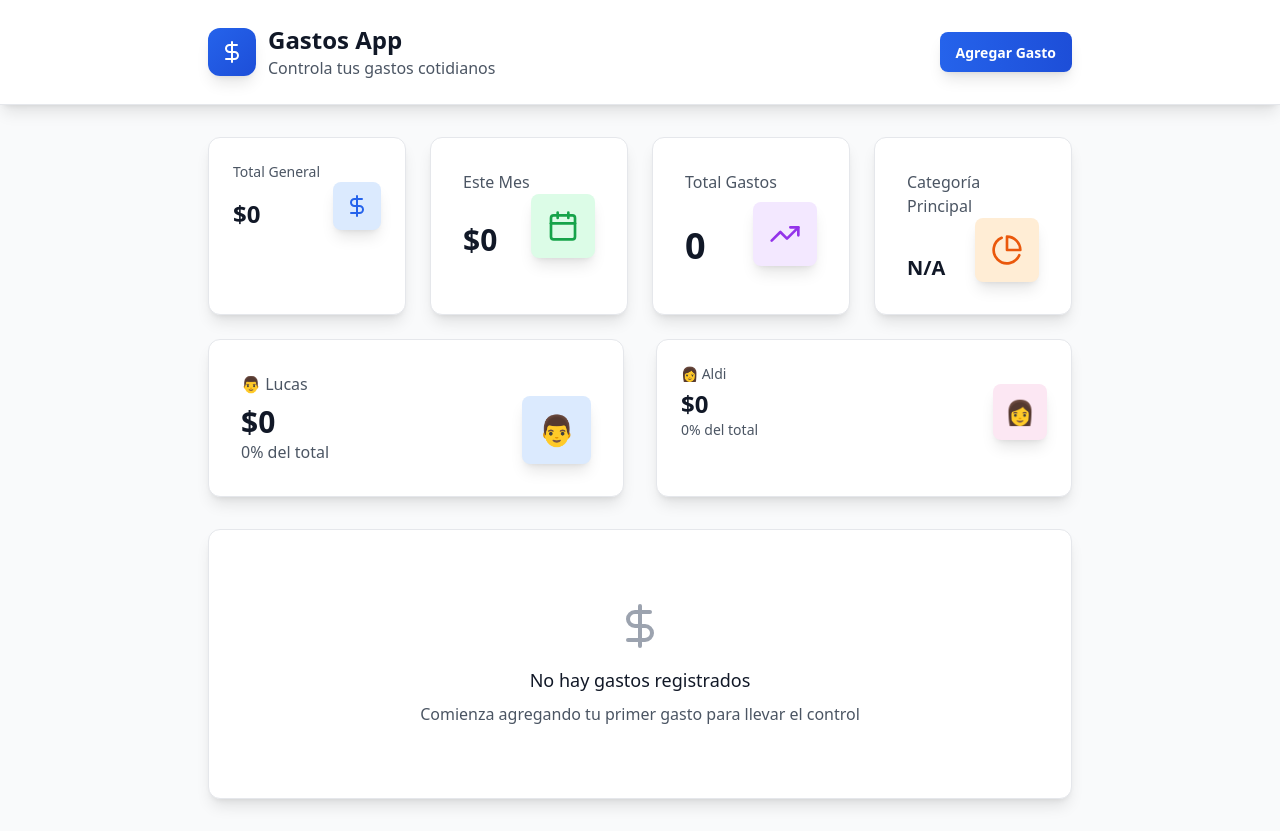
Repository: lucastenaglia/Gastosapp
Page: /
The author's editor kept a copy of each file at every save. The page is drawn from the files as they stood at one save, then again after the next save.
The browser window is 1280 px wide. The pictures show the whole page.
The page's requests for data from a server got no answer. The project was rebuilt for these pictures with package versions that can differ from the ones it lists, and the page was loaded fresh each time. No one was signed in, and anything a server would have sent is missing. Also part of the build but not shown: vite.config.js, src/components/ExpenseForm.jsx.

Above is the page before, as saved 2025-08-03 21:46:08.

### index.html
<!DOCTYPE html>
<html lang="es">
  <head>
    <meta charset="UTF-8" />
    <link rel="icon" type="image/svg+xml" href="data:[embedded picture, 125 characters]" />
    <meta name="viewport" content="width=device-width, initial-scale=1.0" />
    <title>Gastos App - Control de Gastos Cotidianos</title>
  </head>
  <body>
    <div id="root"></div>
    <script type="module" src="/src/main.jsx"></script>
  </body>
</html>

### src/App.jsx
import { useState, useEffect } from 'react'
import Header from './components/Header'
import ExpenseForm from './components/ExpenseForm'
import ExpenseList from './components/ExpenseList'
import ExpenseSummary from './components/ExpenseSummary'
import { getExpenses, addExpense, updateExpense, deleteExpense } from './services/expenseService'

function App() {
  const [expenses, setExpenses] = useState([])
  const [isFormOpen, setIsFormOpen] = useState(false)
  const [loading, setLoading] = useState(true)
  const [error, setError] = useState(null)

  // Cargar gastos al iniciar la aplicación
  useEffect(() => {
    loadExpenses()
  }, [])

  // Cerrar modal con Escape
  useEffect(() => {
    const handleEscape = (e) => {
      if (e.key === 'Escape' && isFormOpen) {
        setIsFormOpen(false)
      }
    }

    document.addEventListener('keydown', handleEscape)
    return () => document.removeEventListener('keydown', handleEscape)
  }, [isFormOpen])

  const loadExpenses = async () => {
    try {
      setLoading(true)
      const data = await getExpenses()
      setExpenses(data)
      setError(null)
    } catch (err) {
      setError('Error al cargar los gastos')
      console.error(err)
    } finally {
      setLoading(false)
    }
  }

  const handleAddExpense = async (expense) => {
    try {
      const newExpense = await addExpense(expense)
      setExpenses([newExpense, ...expenses])
      setIsFormOpen(false)
    } catch (err) {
      setError('Error al agregar el gasto')
      console.error(err)
    }
  }

  const handleDeleteExpense = async (id) => {
    try {
      await deleteExpense(id)
      setExpenses(expenses.filter(expense => expense.id !== id))
    } catch (err) {
      setError('Error al eliminar el gasto')
      console.error(err)
    }
  }

  const handleEditExpense = async (id, updatedExpense) => {
    try {
      const updated = await updateExpense(id, updatedExpense)
      setExpenses(expenses.map(expense =>
        expense.id === id ? updated : expense
      ))
    } catch (err) {
      setError('Error al actualizar el gasto')
      console.error(err)
    }
  }

  return (
    <div className="min-h-screen bg-gray-50">
      <Header onAddExpense={() => setIsFormOpen(true)} />

      <main className="container mx-auto px-4 py-8 max-w-4xl">
        {error && (
          <div className="bg-red-100 border border-red-400 text-red-700 px-4 py-3 rounded mb-6">
            {error}
          </div>
        )}

        <ExpenseSummary expenses={expenses} />

        <div className="mt-8">
          <ExpenseList
            expenses={expenses}
            onDelete={handleDeleteExpense}
            onEdit={handleEditExpense}
            loading={loading}
          />
        </div>
      </main>

      {/* Modal Overlay */}
      {isFormOpen && (
        <div
          className="fixed inset-0 bg-black bg-opacity-50 flex items-center justify-center z-50 p-4 animate-in fade-in duration-200"
          onClick={() => setIsFormOpen(false)}
        >
          <div
            className="bg-white rounded-xl shadow-2xl max-w-md w-full mx-4 max-h-[90vh] overflow-y-auto animate-in zoom-in-95 duration-200"
            onClick={(e) => e.stopPropagation()}
          >
            <ExpenseForm
              onSubmit={handleAddExpense}
              onCancel={() => setIsFormOpen(false)}
            />
          </div>
        </div>
      )}
    </div>
  )
}

export default App

### src/index.css
@tailwind base;
@tailwind components;
@tailwind utilities;

@layer base {
  body {
    @apply bg-gray-50 text-gray-900;
  }
}

@layer components {
                .btn-primary {
                @apply bg-primary-600 hover:bg-primary-700 text-white font-medium py-2 px-4 rounded-lg transition-all duration-300 shadow-md hover:shadow-lg hover:-translate-y-0.5 transform;
              }

              .btn-secondary {
                @apply bg-gray-200 hover:bg-gray-300 text-gray-800 font-medium py-2 px-4 rounded-lg transition-all duration-300 shadow-md hover:shadow-lg hover:-translate-y-0.5 transform;
              }

                .input-field {
                @apply w-full px-3 py-2 border border-gray-300 rounded-lg focus:outline-none focus:ring-2 focus:ring-primary-500 focus:border-transparent shadow-sm focus:shadow-md transition-all duration-300;
              }

                            .card {
                @apply bg-white rounded-xl shadow-lg border border-gray-200 p-6 transform transition-all duration-300 hover:shadow-2xl hover:-translate-y-1;
              }

              .modal-enter {
                @apply opacity-0 scale-95;
              }

              .modal-enter-active {
                @apply opacity-100 scale-100 transition-all duration-200 ease-out;
              }

              .modal-exit {
                @apply opacity-100 scale-100;
              }

              .modal-exit-active {
                @apply opacity-0 scale-95 transition-all duration-200 ease-in;
              }
}

### src/components/Header.jsx
import { Plus, DollarSign } from 'lucide-react'

const Header = ({ onAddExpense }) => {
  return (
    <header className="bg-white shadow-lg border-b border-gray-200">
      <div className="container mx-auto px-4 py-6 max-w-4xl">
        <div className="flex items-center justify-between">
          <div className="flex items-center space-x-3">
            <div className="bg-gradient-to-br from-primary-600 to-primary-700 p-3 rounded-xl shadow-lg">
              <DollarSign className="h-6 w-6 text-white" />
            </div>
            <div>
              <h1 className="text-2xl font-bold text-gray-900">Gastos App</h1>
              <p className="text-gray-600">Controla tus gastos cotidianos</p>
            </div>
          </div>

          <button
            onClick={onAddExpense}
            className="bg-gradient-to-r from-primary-600 to-primary-700 active:from-primary-800 active:to-primary-900 text-white font-semibold py-2 px-4 rounded-lg shadow-lg hover:shadow-xl active:shadow-md active:translate-y-0.5 transition-all duration-200 border-0 focus:outline-none focus:ring-2 focus:ring-primary-300"
          >
            <span className="text-sm">Agregar Gasto</span>
          </button>
        </div>
      </div>
    </header>
  )
}

export default Header

### src/components/ExpenseList.jsx
import { useState } from 'react'
import { Trash2, Edit, Calendar, DollarSign } from 'lucide-react'

const ExpenseList = ({ expenses, onDelete, onEdit, loading }) => {
  const [editingId, setEditingId] = useState(null)
  const [editForm, setEditForm] = useState({})

  const categoryIcons = {
    comida: '🍽️',
    super: '🛒',
    auto: '🚗',
    entretenimiento: '🎮',
    salud: '💊',
    ropa: '👕',
    hogar: '🏠',
    otros: '📦'
  }

  const categoryColors = {
    comida: 'bg-orange-100 text-orange-800',
    super: 'bg-red-100 text-red-800',
    auto: 'bg-blue-100 text-blue-800',
    entretenimiento: 'bg-purple-100 text-purple-800',
    salud: 'bg-green-100 text-green-800',
    ropa: 'bg-pink-100 text-pink-800',
    hogar: 'bg-yellow-100 text-yellow-800',
    otros: 'bg-gray-100 text-gray-800'
  }

  const handleEdit = (expense) => {
    setEditingId(expense.id)
    setEditForm({
      description: expense.description,
      amount: expense.amount.toString(),
      category: expense.category,
      person: expense.person || 'lucas',
      date: expense.date
    })
  }

  const handleSaveEdit = (id) => {
    onEdit(id, {
      ...editForm,
      amount: parseFloat(editForm.amount)
    })
    setEditingId(null)
    setEditForm({})
  }

  const handleCancelEdit = () => {
    setEditingId(null)
    setEditForm({})
  }

  const formatDate = (dateString) => {
    const date = new Date(dateString)
    return date.toLocaleDateString('es-ES', {
      year: 'numeric',
      month: 'short',
      day: 'numeric'
    })
  }

  if (loading) {
    return (
      <div className="card">
        <div className="text-center py-12">
          <div className="animate-spin rounded-full h-12 w-12 border-b-2 border-primary-600 mx-auto mb-4"></div>
          <h3 className="text-lg font-medium text-gray-900 mb-2">
            Cargando gastos...
          </h3>
          <p className="text-gray-600">
            Conectando con la base de datos
          </p>
        </div>
      </div>
    )
  }

  if (expenses.length === 0) {
    return (
      <div className="card">
        <div className="text-center py-12">
          <DollarSign className="h-12 w-12 text-gray-400 mx-auto mb-4" />
          <h3 className="text-lg font-medium text-gray-900 mb-2">
            No hay gastos registrados
          </h3>
          <p className="text-gray-600">
            Comienza agregando tu primer gasto para llevar el control
          </p>
        </div>
      </div>
    )
  }

  return (
    <div className="card">
      <h2 className="text-xl font-semibold text-gray-900 mb-6">
        Historial de Gastos
      </h2>

      <div className="space-y-3">
        {expenses.map(expense => (
          <div key={expense.id} className="border border-gray-200 rounded-lg p-3 sm:p-4 bg-white shadow-md hover:shadow-xl hover:-translate-y-1 transform transition-all duration-300">
            {editingId === expense.id ? (
              <div className="space-y-3">
                <input
                  type="text"
                  value={editForm.description}
                  onChange={(e) => setEditForm({...editForm, description: e.target.value})}
                  className="input-field"
                />
                <div className="grid grid-cols-1 sm:grid-cols-2 gap-3">
                  <input
                    type="number"
                    value={editForm.amount}
                    onChange={(e) => setEditForm({...editForm, amount: e.target.value})}
                    className="input-field"
                    step="1"
                    min="0"
                  />
                  <select
                    value={editForm.category}
                    onChange={(e) => setEditForm({...editForm, category: e.target.value})}
                    className="input-field"
                  >
                    <option value="comida">🍽️ Comida</option>
                    <option value="super">🛒 Super</option>
                    <option value="auto">🚗 Auto</option>
                    <option value="entretenimiento">🎮 Entretenimiento</option>
                    <option value="salud">💊 Salud</option>
                    <option value="ropa">👕 Ropa</option>
                    <option value="hogar">🏠 Hogar</option>
                    <option value="otros">📦 Otros</option>
                  </select>
                </div>
                <div className="grid grid-cols-1 sm:grid-cols-2 gap-3">
                  <select
                    value={editForm.person}
                    onChange={(e) => setEditForm({...editForm, person: e.target.value})}
                    className="input-field"
                  >
                    <option value="lucas">👨 Lucas</option>
                    <option value="aldi">👩 Aldi</option>
                  </select>
                  <input
                    type="date"
                    value={editForm.date}
                    onChange={(e) => setEditForm({...editForm, date: e.target.value})}
                    className="input-field"
                  />
                </div>
                <div className="flex space-x-2">
                  <button
                    onClick={() => handleSaveEdit(expense.id)}
                    className="btn-primary text-sm flex-1"
                  >
                    Guardar
                  </button>
                  <button
                    onClick={handleCancelEdit}
                    className="btn-secondary text-sm flex-1"
                  >
                    Cancelar
                  </button>
                </div>
              </div>
            ) : (
              <div className="space-y-3">
                {/* Header con icono, descripción y monto */}
                <div className="flex items-start justify-between">
                  <div className="flex items-center space-x-3 flex-1 min-w-0">
                    <div className={`p-2 rounded-lg flex-shrink-0 ${categoryColors[expense.category]}`}>
                      <span className="text-lg">{categoryIcons[expense.category]}</span>
                    </div>

                    <div className="flex-1 min-w-0">
                      <h3 className="font-medium text-gray-900 truncate">
                        {expense.description}
                      </h3>
                      <div className="flex items-center space-x-2 text-sm text-gray-600 mt-1">
                        <span className="flex items-center space-x-1">
                          <Calendar className="h-3 w-3" />
                          <span className="hidden sm:inline">{formatDate(expense.date)}</span>
                          <span className="sm:hidden">{new Date(expense.date).toLocaleDateString('es-ES', { day: '2-digit', month: '2-digit' })}</span>
                        </span>
                        <span className="hidden sm:inline">•</span>
                        <span className="capitalize text-xs sm:text-sm">{expense.category}</span>
                      </div>
                    </div>
                  </div>

                  <div className="flex items-center space-x-2 flex-shrink-0">
                    <span className="text-lg font-semibold text-gray-900">
                      ${expense.amount}
                    </span>

                    <div className="flex space-x-1">
                      <button
                        onClick={() => handleEdit(expense)}
                        className="p-1 text-gray-400 hover:text-blue-600 transition-colors"
                        title="Editar"
                      >
                        <Edit className="h-4 w-4" />
                      </button>
                      <button
                        onClick={() => onDelete(expense.id)}
                        className="p-1 text-gray-400 hover:text-red-600 transition-colors"
                        title="Eliminar"
                      >
                        <Trash2 className="h-4 w-4" />
                      </button>
                    </div>
                  </div>
                </div>

                {/* Información adicional en móvil */}
                <div className="sm:hidden flex items-center justify-between text-sm text-gray-600 border-t pt-2">
                  <span className="flex items-center space-x-1">
                    <span>{expense.person === 'lucas' ? '👨' : '👩'}</span>
                    <span className="capitalize">{expense.person || 'lucas'}</span>
                  </span>
                  <span className="text-xs">
                    {new Date(expense.date).toLocaleDateString('es-ES', { year: 'numeric' })}
                  </span>
                </div>
              </div>
            )}
          </div>
        ))}
      </div>
    </div>
  )
}

export default ExpenseList

### src/components/ExpenseSummary.jsx
import { TrendingUp, Calendar, DollarSign, PieChart } from 'lucide-react'

const ExpenseSummary = ({ expenses }) => {
  const totalExpenses = expenses.reduce((sum, expense) => sum + expense.amount, 0)

  const today = new Date()
  const thisMonth = today.getMonth()
  const thisYear = today.getFullYear()

  const monthlyExpenses = expenses.filter(expense => {
    const expenseDate = new Date(expense.date)
    return expenseDate.getMonth() === thisMonth && expenseDate.getFullYear() === thisYear
  })

  const monthlyTotal = monthlyExpenses.reduce((sum, expense) => sum + expense.amount, 0)

  const categoryTotals = expenses.reduce((acc, expense) => {
    acc[expense.category] = (acc[expense.category] || 0) + expense.amount
    return acc
  }, {})

  const topCategory = Object.entries(categoryTotals).sort(([,a], [,b]) => b - a)[0]

  // Estadísticas por persona
  const personTotals = expenses.reduce((acc, expense) => {
    const person = expense.person || 'lucas'
    acc[person] = (acc[person] || 0) + expense.amount
    return acc
  }, {})

  const lucasTotal = personTotals.lucas || 0
  const aldiTotal = personTotals.aldi || 0

  const formatCurrency = (amount) => {
    return `$${Math.round(amount).toLocaleString('en-US')}`
  }

  return (
    <div className="space-y-4 sm:space-y-6">
      {/* Primera fila - Estadísticas generales */}
      <div className="grid grid-cols-2 lg:grid-cols-4 gap-3 sm:gap-6">
                 {/* Total General */}
         <div className="card relative p-4 sm:p-6">
           <div>
             <p className="text-xs sm:text-sm font-medium text-gray-600">Total General</p>
             <div className="flex items-end justify-between">
               <p className="text-lg sm:text-2xl font-bold text-gray-900">
                 {formatCurrency(totalExpenses)}
               </p>
               <div className="bg-blue-100 p-2 sm:p-3 rounded-lg shadow-lg">
                 <DollarSign className="h-4 w-4 sm:h-6 sm:w-6 text-blue-600" />
               </div>
             </div>
           </div>
         </div>

                 {/* Gastos del Mes */}
         <div className="card relative p-4 sm:p-6 lg:p-8">
           <div>
             <p className="text-xs sm:text-sm lg:text-base font-medium text-gray-600">Este Mes</p>
             <div className="flex items-end justify-between">
               <p className="text-lg sm:text-2xl lg:text-3xl font-bold text-gray-900">
                 {formatCurrency(monthlyTotal)}
               </p>
               <div className="bg-green-100 p-2 sm:p-3 lg:p-4 rounded-lg shadow-lg">
                 <Calendar className="h-4 w-4 sm:h-6 sm:w-6 lg:h-8 lg:w-8 text-green-600" />
               </div>
             </div>
           </div>
         </div>

                 {/* Total de Gastos */}
         <div className="card relative p-4 sm:p-6 lg:p-8">
           <div>
             <p className="text-xs sm:text-sm lg:text-base font-medium text-gray-600">Total Gastos</p>
             <div className="flex items-end justify-between mt-2">
               <p className="text-2xl sm:text-3xl lg:text-4xl font-bold text-gray-900">
                 {expenses.length}
               </p>
               <div className="bg-purple-100 p-2 sm:p-3 lg:p-4 rounded-lg shadow-lg self-end">
                 <TrendingUp className="h-4 w-4 sm:h-6 sm:w-6 lg:h-8 lg:w-8 text-purple-600" />
               </div>
             </div>
           </div>
         </div>

                 {/* Categoría Principal */}
         <div className="card relative p-4 sm:p-6 lg:p-8">
           <div>
             <p className="text-xs sm:text-sm lg:text-base font-medium text-gray-600">Categoría Principal</p>
             <div className="flex items-end justify-between">
               <div>
                 <p className="text-base sm:text-lg lg:text-xl font-semibold text-gray-900 capitalize">
                   {topCategory ? topCategory[0] : 'N/A'}
                 </p>
                 {topCategory && (
                   <p className="text-xs sm:text-sm lg:text-base text-gray-600">
                     {formatCurrency(topCategory[1])}
                   </p>
                 )}
               </div>
               <div className="bg-orange-100 p-2 sm:p-3 lg:p-4 rounded-lg shadow-lg">
                 <PieChart className="h-4 w-4 sm:h-6 sm:w-6 lg:h-8 lg:w-8 text-orange-600" />
               </div>
             </div>
           </div>
         </div>
      </div>

             {/* Segunda fila - Estadísticas por persona */}
       <div className="grid grid-cols-1 sm:grid-cols-2 gap-3 sm:gap-6 lg:gap-8">
                 {/* Gastos de Lucas */}
         <div className="card relative p-4 sm:p-6 lg:p-8">
           <div>
             <p className="text-xs sm:text-sm lg:text-base font-medium text-gray-600">👨 Lucas</p>
             <div className="flex items-end justify-between">
               <div>
                 <p className="text-lg sm:text-2xl lg:text-3xl font-bold text-gray-900">
                   {formatCurrency(lucasTotal)}
                 </p>
                 <p className="text-xs sm:text-sm lg:text-base text-gray-600">
                   {totalExpenses > 0 ? `${((lucasTotal / totalExpenses) * 100).toFixed(1)}%` : '0%'} del total
                 </p>
               </div>
               <div className="bg-blue-100 p-2 sm:p-3 lg:p-4 rounded-lg shadow-lg">
                 <span className="text-lg sm:text-2xl lg:text-3xl">👨</span>
               </div>
             </div>
           </div>
         </div>

                 {/* Gastos de Aldi */}
         <div className="card relative p-4 sm:p-6">
           <div>
             <p className="text-xs sm:text-sm font-medium text-gray-600">👩 Aldi</p>
             <div className="flex items-end justify-between">
               <div>
                 <p className="text-lg sm:text-2xl font-bold text-gray-900">
                   {formatCurrency(aldiTotal)}
                 </p>
                 <p className="text-xs sm:text-sm text-gray-600">
                   {totalExpenses > 0 ? `${((aldiTotal / totalExpenses) * 100).toFixed(1)}%` : '0%'} del total
                 </p>
               </div>
               <div className="bg-pink-100 p-2 sm:p-3 rounded-lg shadow-lg">
                 <span className="text-lg sm:text-2xl">👩</span>
               </div>
             </div>
           </div>
         </div>
      </div>
    </div>
  )
}

export default ExpenseSummary

### src/lib/supabase.js
import { createClient } from '@supabase/supabase-js'

// Configuración de Supabase
const supabaseUrl = 'https://tiarifmkqcayodakifqu.supabase.co'
const supabaseAnonKey = 'eyJhbGciOiJIUzI1NiIsInR5cCI6IkpXVCJ9.eyJpc3MiOiJzdXBhYmFzZSIsInJlZiI6InRpYXJpZm1rcWNheW9kYWtpZnF1Iiwicm9sZSI6ImFub24iLCJpYXQiOjE3NTQyMzYxMzcsImV4cCI6MjA2OTgxMjEzN30.qJr6Xvo0UF5_XPq4UWidASjwgjcWPFJ8CqR6mAHSsTU'

export const supabase = createClient(supabaseUrl, supabaseAnonKey)

### tailwind.config.js
/** @type {import('tailwindcss').Config} */
export default {
  content: [
    "./index.html",
    "./src/**/*.{js,ts,jsx,tsx}",
  ],
  theme: {
    extend: {
      colors: {
        primary: {
          50: '#eff6ff',
          500: '#3b82f6',
          600: '#2563eb',
          700: '#1d4ed8',
        }
      }
    },
  },
  plugins: [],
}

Loaded but not shown: src/main.jsx (common file); src/services/expenseService.js (78 lines, source omitted)

After the next save:
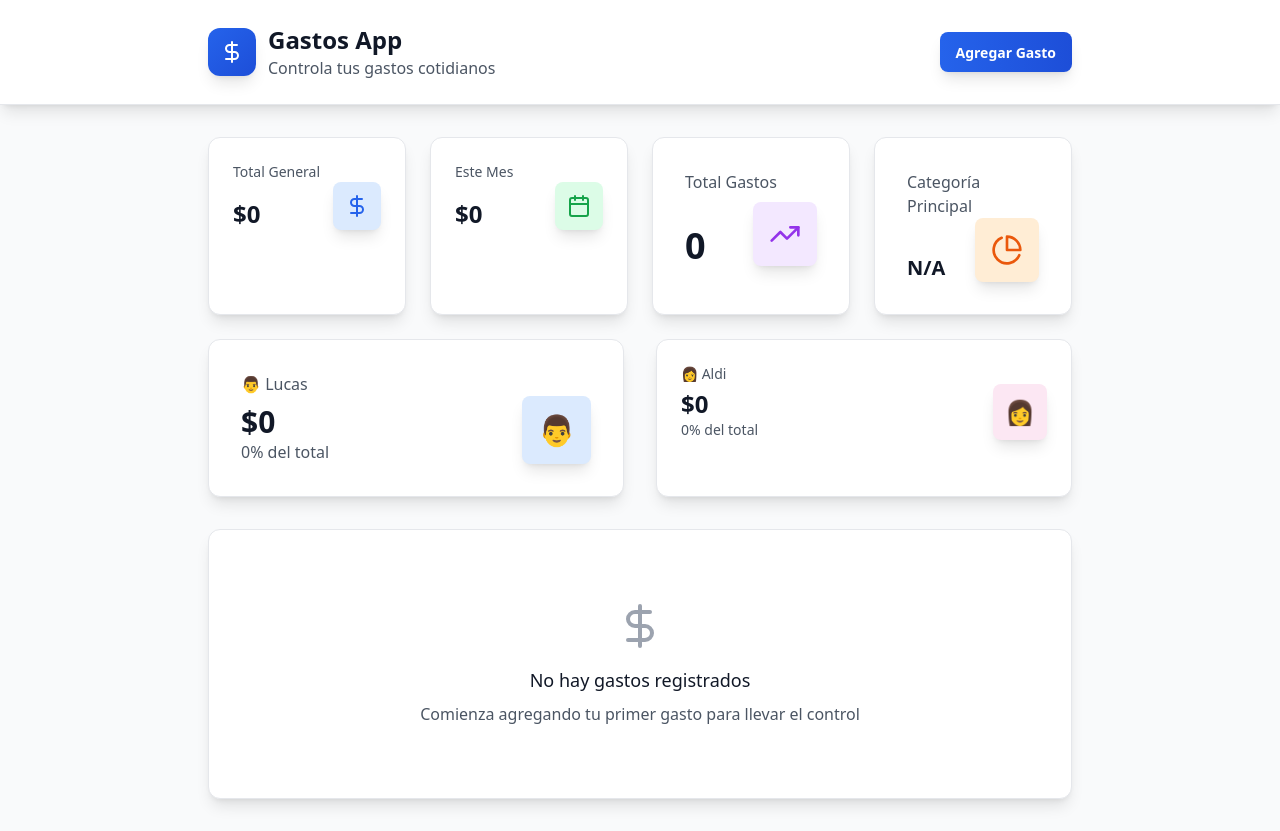
Saved 8 s later.
--- a/src/components/ExpenseSummary.jsx
+++ b/src/components/ExpenseSummary.jsx
@@ -55,15 +55,15 @@ const ExpenseSummary = ({ expenses }) => {
          </div>
 
                  {/* Gastos del Mes */}
-         <div className="card relative p-4 sm:p-6 lg:p-8">
+         <div className="card relative p-4 sm:p-6">
            <div>
-             <p className="text-xs sm:text-sm lg:text-base font-medium text-gray-600">Este Mes</p>
+             <p className="text-xs sm:text-sm font-medium text-gray-600">Este Mes</p>
              <div className="flex items-end justify-between">
-               <p className="text-lg sm:text-2xl lg:text-3xl font-bold text-gray-900">
+               <p className="text-lg sm:text-2xl font-bold text-gray-900">
                  {formatCurrency(monthlyTotal)}
                </p>
-               <div className="bg-green-100 p-2 sm:p-3 lg:p-4 rounded-lg shadow-lg">
-                 <Calendar className="h-4 w-4 sm:h-6 sm:w-6 lg:h-8 lg:w-8 text-green-600" />
+               <div className="bg-green-100 p-2 sm:p-3 rounded-lg shadow-lg">
+                 <Calendar className="h-4 w-4 sm:h-6 sm:w-6 text-green-600" />
                </div>
              </div>
            </div>
